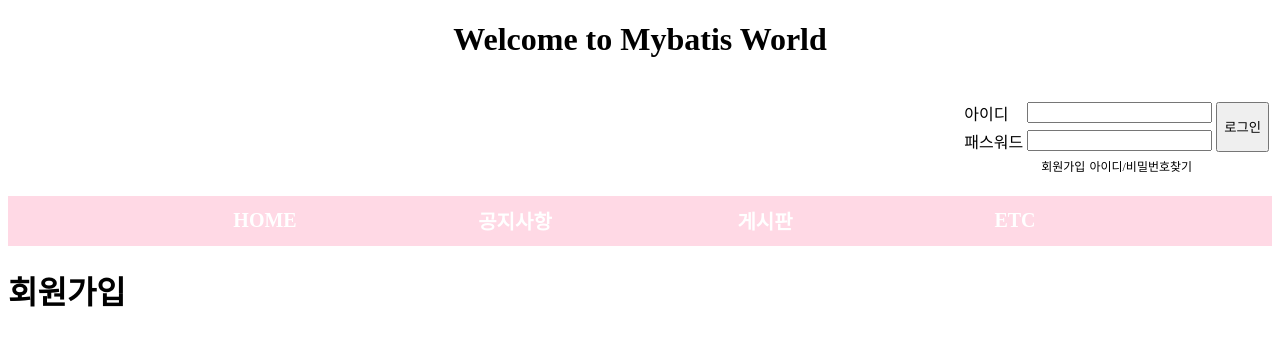
Repository: smjae96/Backup
Page: http://localhost/mybatisProject/enrollForm.me
The author's editor kept a copy of each file at every save. The page is drawn from the files as they stood at one save, then again after the next save.
The browser window is 1280 px wide. The pictures show the whole page.
The page is served by Tomcat 9.

Above is the page before, as saved 2024-04-03 00:30:52.

After the next save:
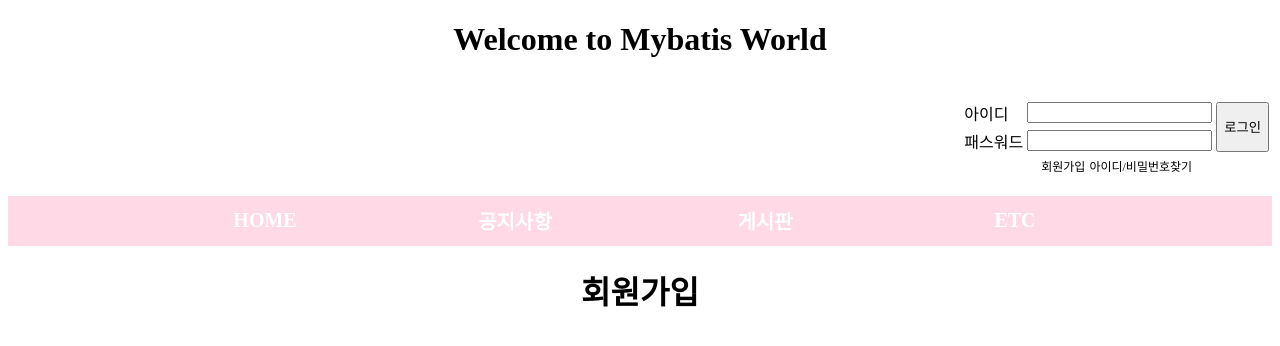
Saved 79 s later.
--- a/6_mybatis/mybatisProject/webapp/WEB-INF/views/member/memberEnrollForm.jsp
+++ b/6_mybatis/mybatisProject/webapp/WEB-INF/views/member/memberEnrollForm.jsp
@@ -8,6 +8,6 @@
 </head>
 <body>
 <jsp:include page="../common/menubar.jsp"/>
-<h1>회원가입</h1>
+<h1 align="center">회원가입</h1>
 </body>
 </html>
